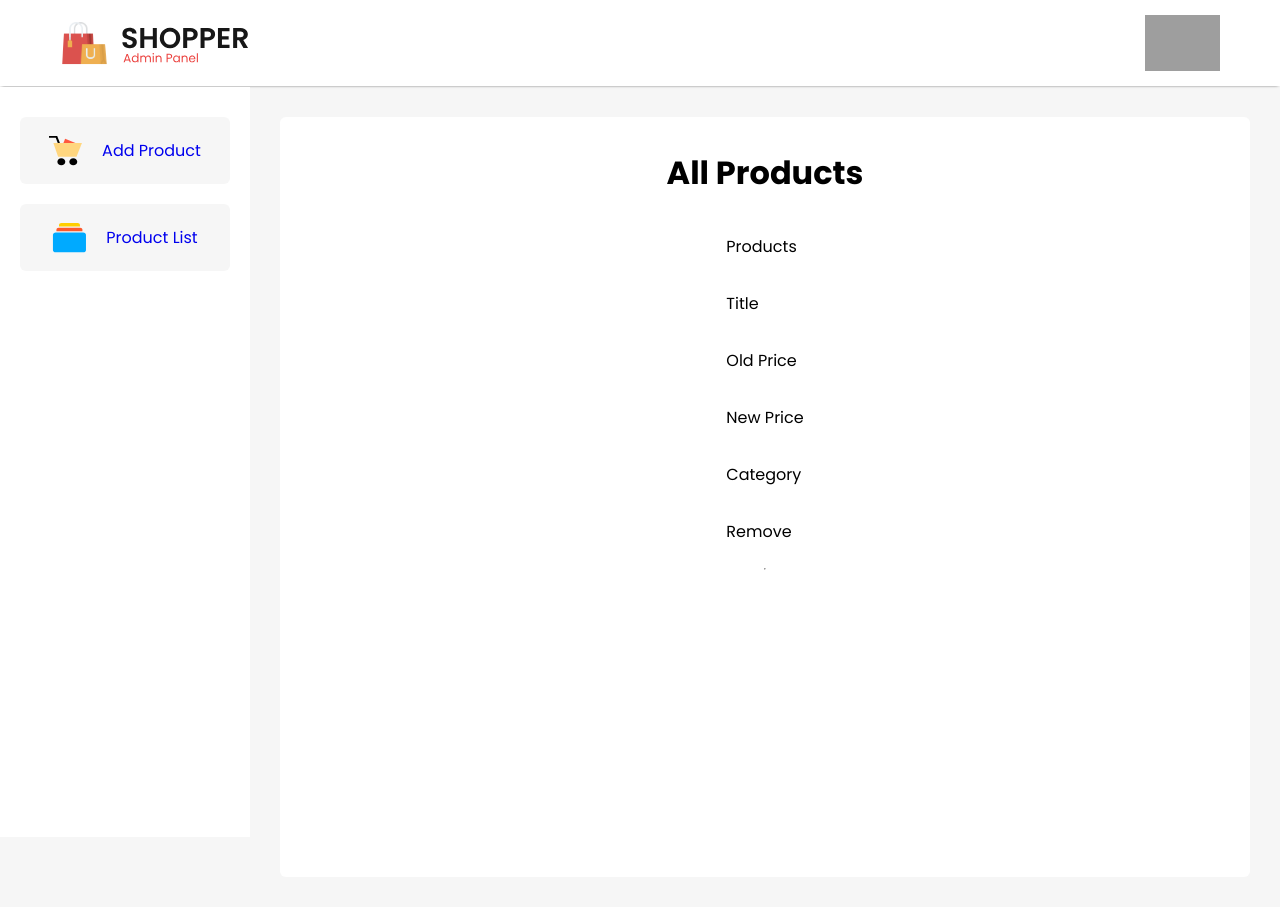
Repository: AiTrinh303/Simple-Shop
Page: /listproduct (app in admin/)
These files come from the project's save history. The page is drawn as it stood at one moment and after a run of saves; the edit follows.
The browser window is 1280 px wide. The pictures show the whole page.
Pictures or frames that could not be fetched are drawn as grey boxes. The page's requests for data from a server got no answer. The project was rebuilt for these pictures with package versions that can differ from the ones it lists, and the page was loaded fresh each time. No one was signed in, and anything a server would have sent is missing. Also part of the build but not shown: admin/vite.config.js, admin/src/Components/AddProduct/AddProduct.css, admin/src/Components/AddProduct/AddProduct.jsx.

Above is the page before, as saved 2024-07-05 22:30:51.

### admin/index.html
<!doctype html>
<html lang="en">
  <head>
    <meta charset="UTF-8" />
    <link rel="icon" type="image/svg+xml" href="/vite.svg" />
    <meta name="viewport" content="width=device-width, initial-scale=1.0" />
    <link rel="preconnect" href="https://fonts.googleapis.com">
    <link rel="preconnect" href="https://fonts.gstatic.com" crossorigin>
    <link href="https://fonts.googleapis.com/css2?family=Poppins:ital,wght@0,100;0,200;0,300;0,400;0,500;0,600;0,700;0,800;0,900;1,100;1,200;1,300;1,400;1,500;1,600;1,700;1,800;1,900&display=swap" rel="stylesheet">
    <title>Admin Page</title>
  </head>
  <body>
    <div id="root"></div>
    <script type="module" src="/src/main.jsx"></script>
  </body>
</html>

### admin/src/main.jsx
import React from 'react'
import ReactDOM from 'react-dom/client'
import App from './App.jsx'
import './index.css'
import {BrowserRouter as Router} from 'react-router-dom'

ReactDOM.createRoot(document.getElementById('root')).render(
  <React.StrictMode>
    <Router>
        <App />
    </Router>
  </React.StrictMode>,
)

### admin/src/App.jsx
import Navbar from "./Components/Navbar/Navbar"
import Admin from "./Pages/Admin/Admin"



function App() {


  return (
    <div>
      <Navbar />
      <Admin />
    </div>
  )
}

export default App

### admin/src/index.css
body{
  margin: 0;
  font-family: 'Poppins';
  background-color: #f6f6f6;
  height: 100vh;
}

### admin/src/Components/Navbar/Navbar.jsx

import './Navbar.css'
import navlogo from '../../assets/nav-logo.svg'
import navProfile from '../../assets/nav-profile.svg'

const Navbar = () => {
  return (
    <div className='navbar'>
      <img src={navlogo} alt="logo" className="nav-logo" />
      <img src={navProfile} alt="" className="nav-profile"/>
    </div>
  )
}

export default Navbar

### admin/src/Pages/Admin/Admin.jsx

import './Admin.css'
import Sidebar from '../../Components/Sidebar/Sidebar'
import {Routes, Route} from 'react-router-dom'
import AddProduct from '../../Components/AddProduct/AddProduct'
import ListProduct from '../../Components/ListProduct/ListProduct'

const Admin = () => {
  return (
    <div className='admin'>
      <Sidebar />
      <Routes>
        <Route path='/addproduct' element={<AddProduct />} />
        <Route path='/listproduct' element={<ListProduct />} />
      </Routes>
    </div>
  )
}

export default Admin

### admin/src/Components/Navbar/Navbar.css
.navbar{
    display: flex;
    align-items: center;
    justify-content: space-between;
    padding: 15px 60px;
    box-shadow: 0 1px 3px -2px #000;
    margin-bottom: 1px;
    background: white;

}
.nav-logo {
    width:200px;
}

.nav-profile{
    width: 75px;
}

@media(max-width: 800px){
    .navbar{
        padding: 15px 30px;
    }
    .nav-logo {
        width:150px;
    }
    .nav-profile{
        width: 60px;
    }
}

### admin/src/Pages/Admin/Admin.css
.admin {
    display: flex;
}

@media (max-width: 800px) {
    .admin {
        flex-direction: column;
    }
}

### admin/src/Components/Sidebar/Sidebar.jsx

import './Sidebar.css'
import { Link } from 'react-router-dom'
import add_product_icon from '../../assets/Product_Cart.svg'
import list_product_icon from '../../assets/Product_list_icon.svg'

const Sidebar = () => {
  return (
    <div className='sidebar'>
      <Link to={'/addproduct'} style = {{textDecoration: "none"}}>
        <div className='sidebarItem'>
            <img src={add_product_icon} alt="" />
            <p>Add Product</p>
        </div>
      </Link>

      <Link to={'/listproduct'} style = {{textDecoration: "none"}}>
        <div className='sidebarItem'>
            <img src={list_product_icon} alt="" />
            <p>Product List</p>
        </div>
      </Link>
    </div>
  )
}

export default Sidebar

### admin/src/Components/ListProduct/ListProduct.jsx
import React, {useEffect, useState} from 'react'
import './ListProduct.css'
import cross_icon from '../../assets/cross_icon.png'

const ListProduct = () => {

  const [allproducts, setAllProducts] = useState([])

  const fetchInfo = async () => {
    await fetch('http://localhost:4000/allproducts')
    .then(response => response.json())
    .then(data => {setAllProducts(data)})
  }

  useEffect(() => {
    fetchInfo()
  }, [])

  return (
    <div className='list-product'>
      <h1>All Products</h1>
      <div className="listproduct-format-main">
        <p>Products</p>
        <p>Title</p>
        <p>Old Price</p>
        <p>New Price</p>
        <p>Category</p>
        <p>Remove</p>
      </div>
      <div className="listproduct-allproducts">
        <hr />
        {allproducts.map((product, index) => {
          return (
            <div className="listproduct-format-main listproduct-format" key={index}>
              <img src={product.image} alt="product" />
              <p>{product.name}</p>
              <p>${product.old_price}</p>
              <p>${product.new_price}</p>
              <p>{product.category}</p>
              <img className='listproduct-remove-icon' src={cross_icon} alt="cross" />
            </div>
          )
        })}
      </div>
    </div>
  )
}

export default ListProduct

### admin/src/Components/Sidebar/Sidebar.css
.sidebar{
    display: flex;
    flex-direction: column;
    padding-top: 30px;
    gap: 20px;
    width: 100%;
    max-width: 250px;
    height: 100vh;
    background: white;
}

.sidebarItem{
    display: flex;
    align-items: center;
    justify-content: center;
    margin: 0 20px;
    padding: 5px 10px;
    border-radius: 6px;
    cursor: pointer;
    background: #f6f6f6;
    gap: 20px;
}

@media(max-width: 800px){
    .sidebar{
        padding: 30px 0px;
        flex-direction: row;
        width: 100%;
        height: auto;
        max-width: none;
        justify-content: center;
    }
    .sidebarItem{
        margin: 0;
    }
}

### admin/src/Components/ListProduct/ListProduct.css
.list-product {
    display: flex;
    flex-direction: column;
    align-items: center;
    width: 100%;
    height: 740px;
    padding: 10px 50px;
    margin: 30px;
    border-radius: 6px;
    background: white;
}

.listproduct-format-main {
    display: grid;
    grid-template-columns: 1fr 3fr 1;
}

After the next 2 saves:
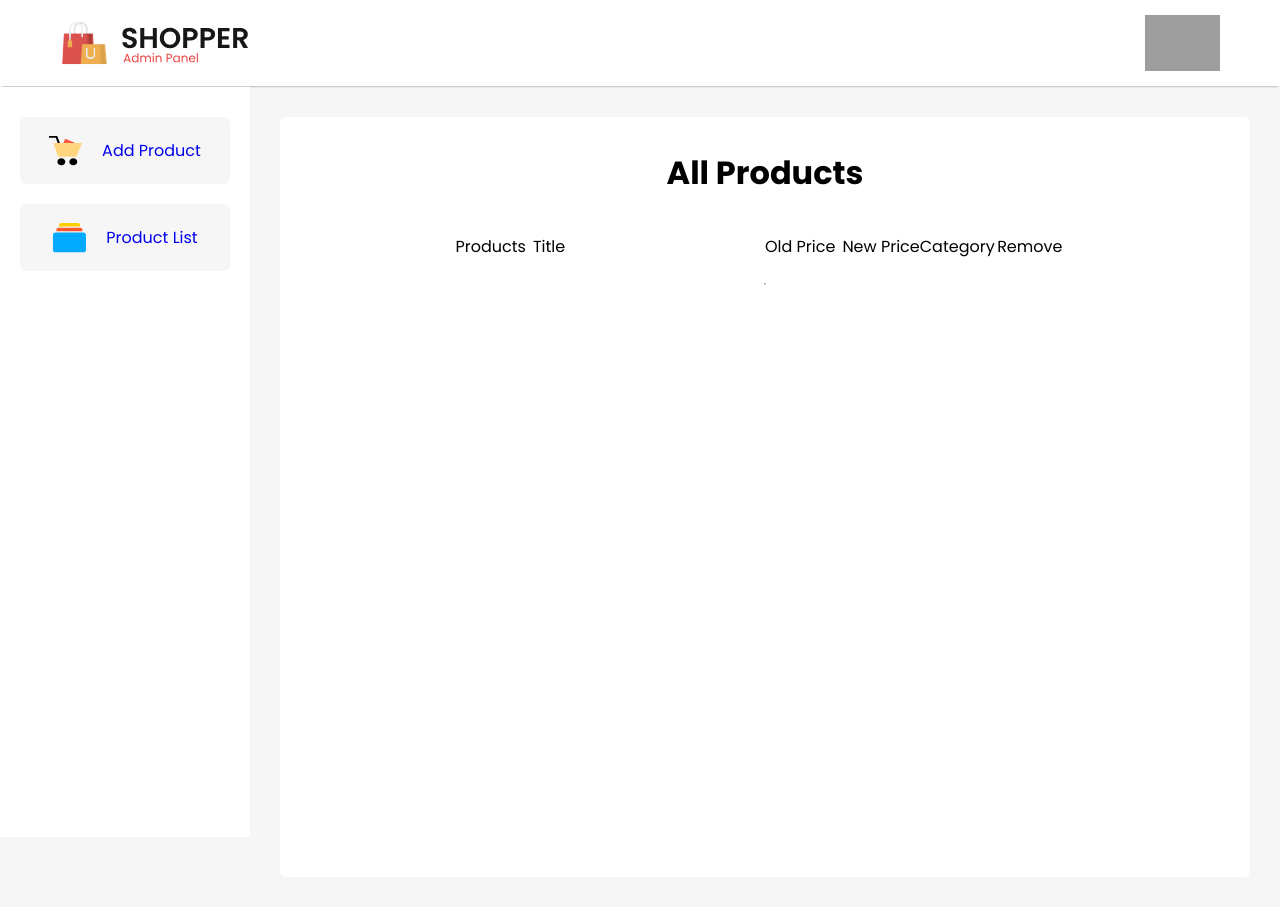
The 2 saves are shown as one change because they came seconds apart.
The last was saved 7 s later.
--- a/admin/src/Components/ListProduct/ListProduct.css
+++ b/admin/src/Components/ListProduct/ListProduct.css
@@ -12,5 +12,5 @@
 
 .listproduct-format-main {
     display: grid;
-    grid-template-columns: 1fr 3fr 1;
+    grid-template-columns: 1fr 3fr 1fr 1fr 1fr 1fr;
 }
